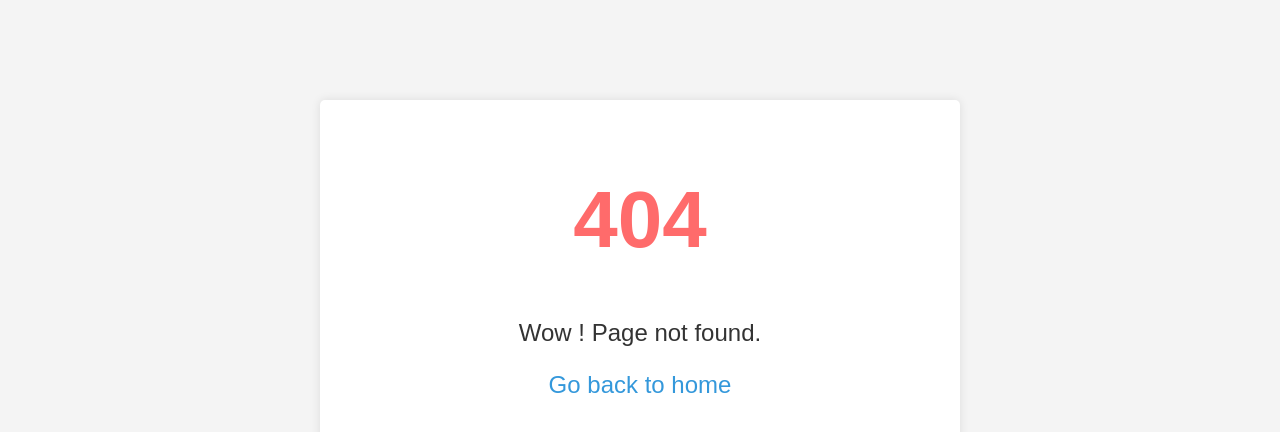
Repository: Mingkiiiii/JSP
Page: http://localhost/bbs/error/error500.jsp
These files come from the project's save history. The page is drawn as it stood at one moment and after the next save; the edit follows.
The browser window is 1280 px wide. The pictures show the whole page.
The page is served by Tomcat 9.

Above is the page before, as saved 2024-02-28 00:39:56.

After the next save:
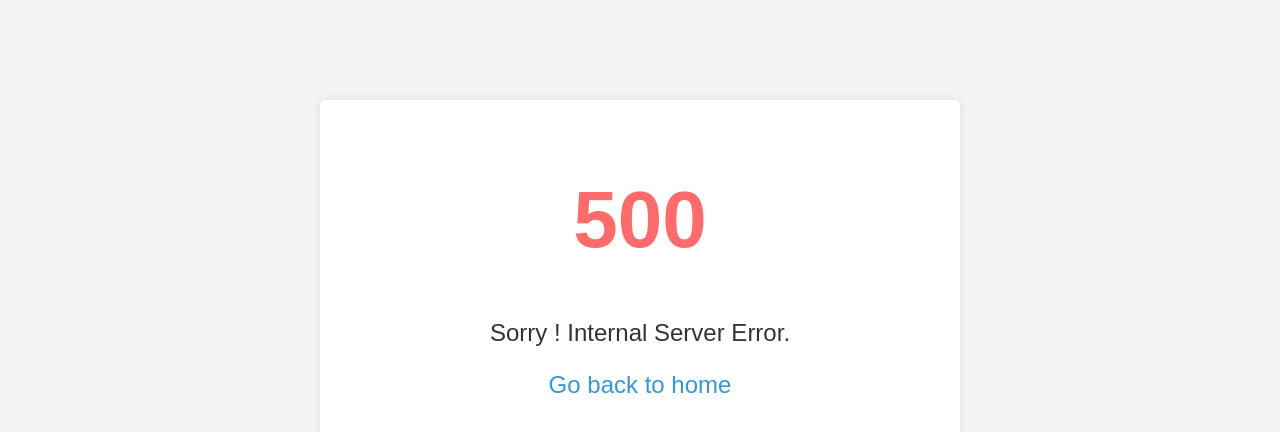
Saved 43 s later.
--- a/bbs/src/main/webapp/error/error500.jsp
+++ b/bbs/src/main/webapp/error/error500.jsp
@@ -4,13 +4,13 @@
 <html>
 <head>
 <meta charset="UTF-8">
-<title>404 Not Found</title>
+<title>500 Internal Server Error</title>
 <link href="css/error.css" rel="stylesheet"/>
 </head>
 <body>
 	<div class="container">
-		<h1>404</h1>
-		<p>Wow ! Page not found.</p>
+		<h1>500</h1>
+		<p>Sorry ! Internal Server Error.</p>
 		<p><a href="index.jsp">Go back to home</a></p>
 	</div>
 </body>
